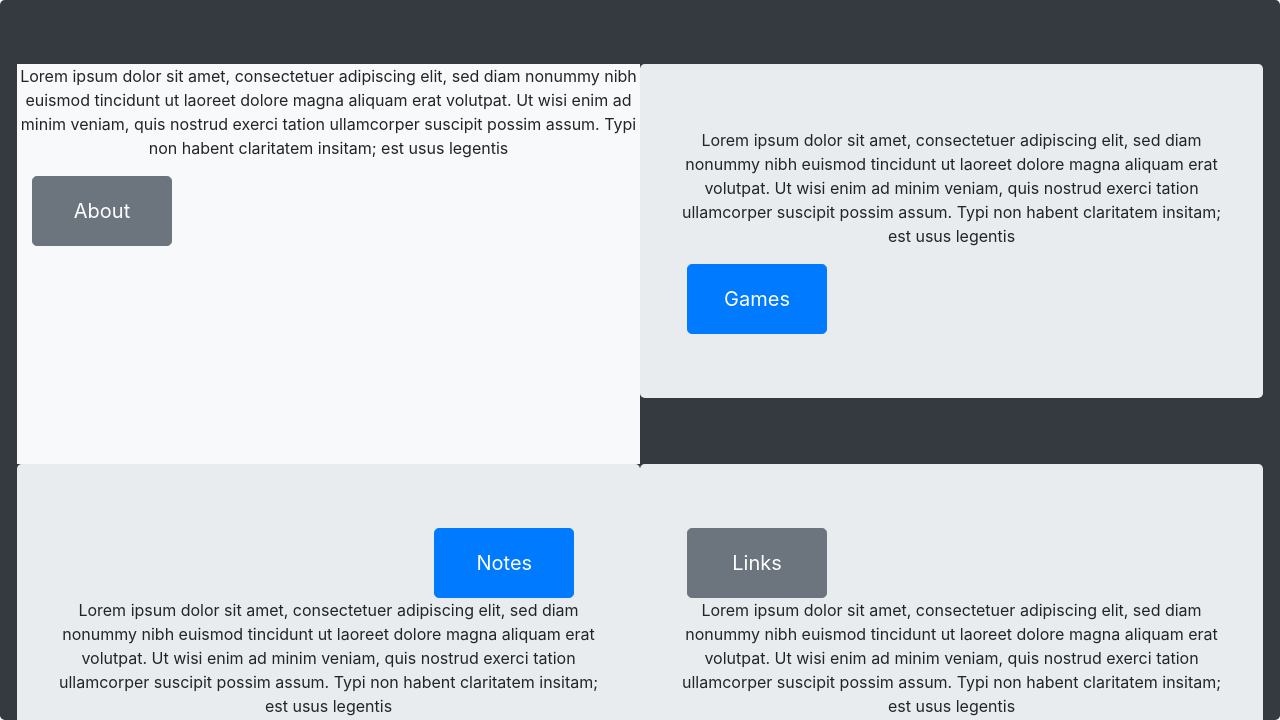
Repository: Kamicoda/Noteblock
Page: index.html
The author's editor kept a record of every edit. The page is drawn from the files as they stood at one moment, then again after the next edit.
The browser window is 1280 px wide. The pictures show the whole page.
Some web libraries are served in a nearby version.

Above is the page before.

After the next edit:
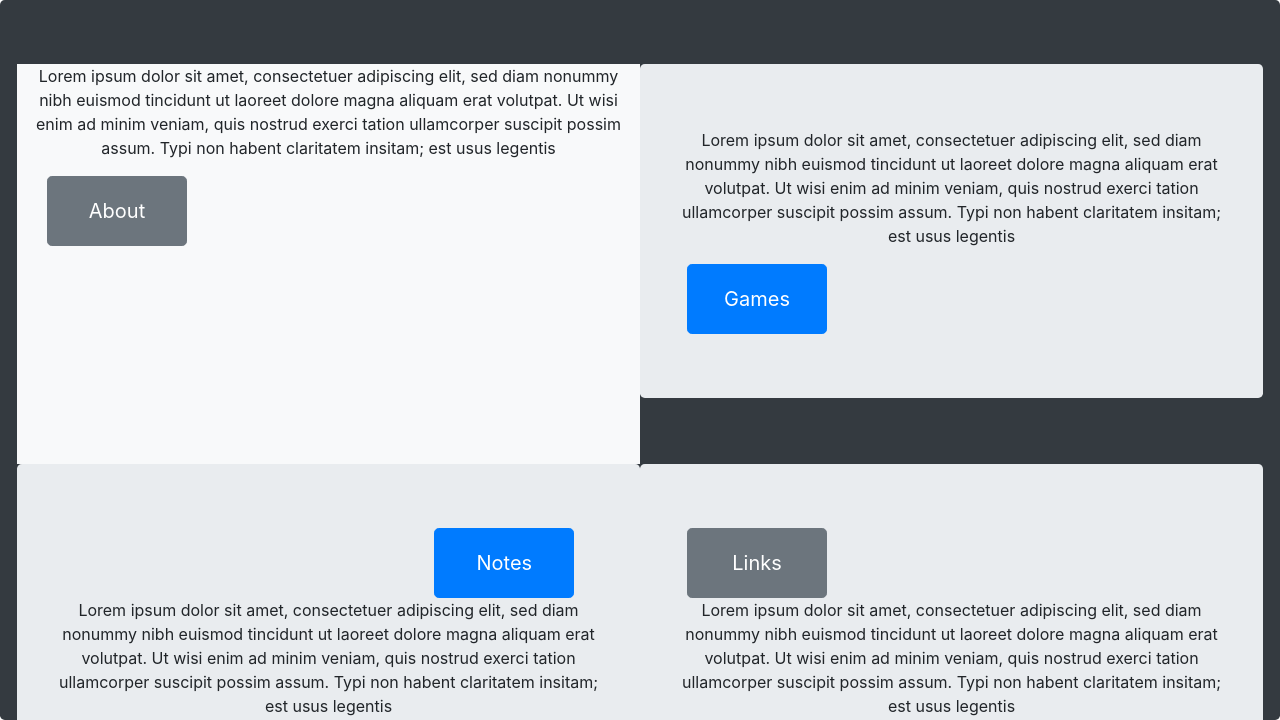
The edit:
--- a/index.html
+++ b/index.html
@@ -37,7 +37,7 @@
                 <div class="col-6 about">
                     <div class="container-flex cabout bg-light">
 
-                            <div class="row">
+                            <div class="d-flex flex-row-reverse">
                                 <div class="col">
                                     <p>Lorem ipsum dolor sit amet, consectetuer adipiscing elit, sed diam nonummy nibh euismod tincidunt ut laoreet dolore magna aliquam erat volutpat. Ut wisi enim ad minim veniam, quis nostrud exerci tation ullamcorper suscipit
                                         possim assum. Typi non habent claritatem insitam; est usus legentis
